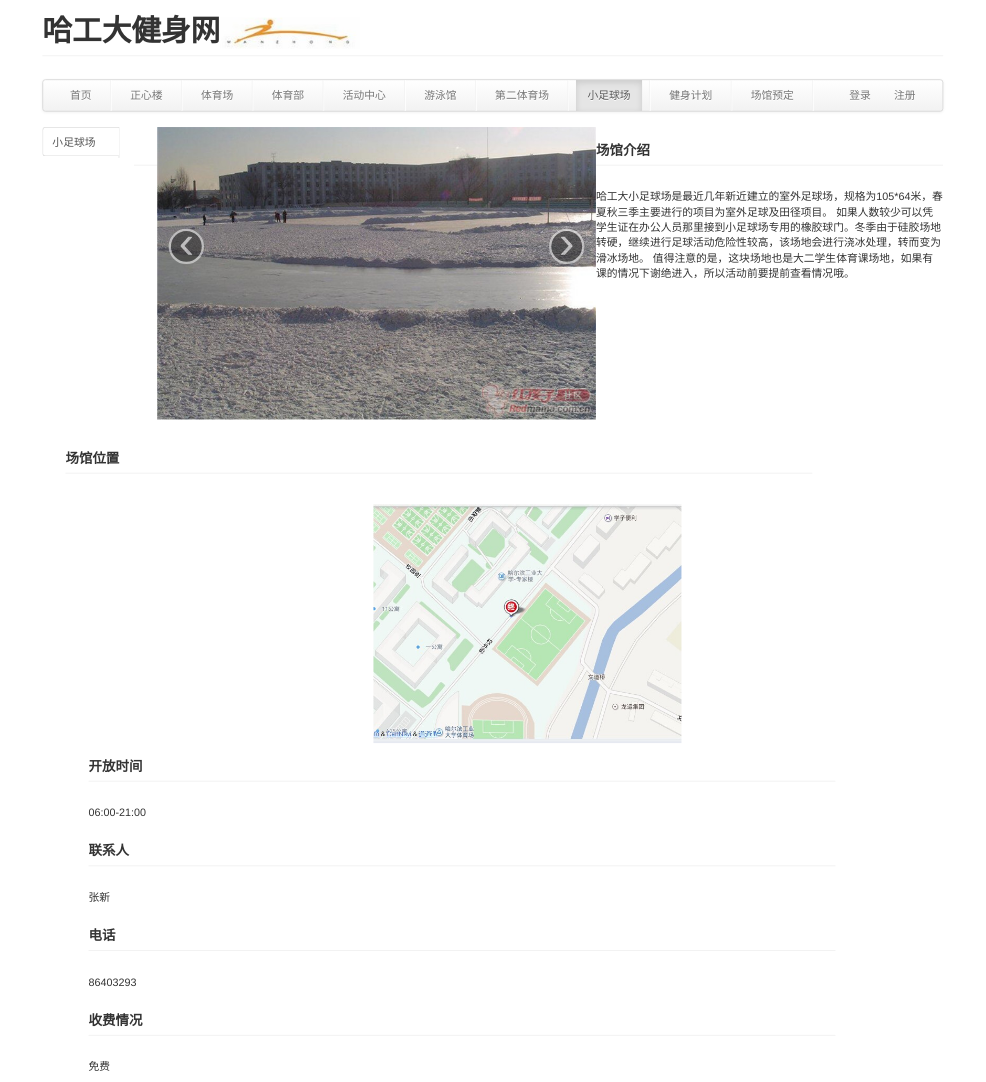
Repository: hitDeveloper/fitness
Page: http://localhost/project/xiaozuqiuchang.jsp
An editor plug-in stored every save of this project. The page is shown before and after the next save, followed by the edit.
The browser window is 1280 px wide. The pictures show the whole page, at 77% of full size.
The page is served by Tomcat 9. Nobody is signed in. The application's start-up code is not run.

Above is the page before, as saved 2014-11-14 12:19:14.

After the next save:
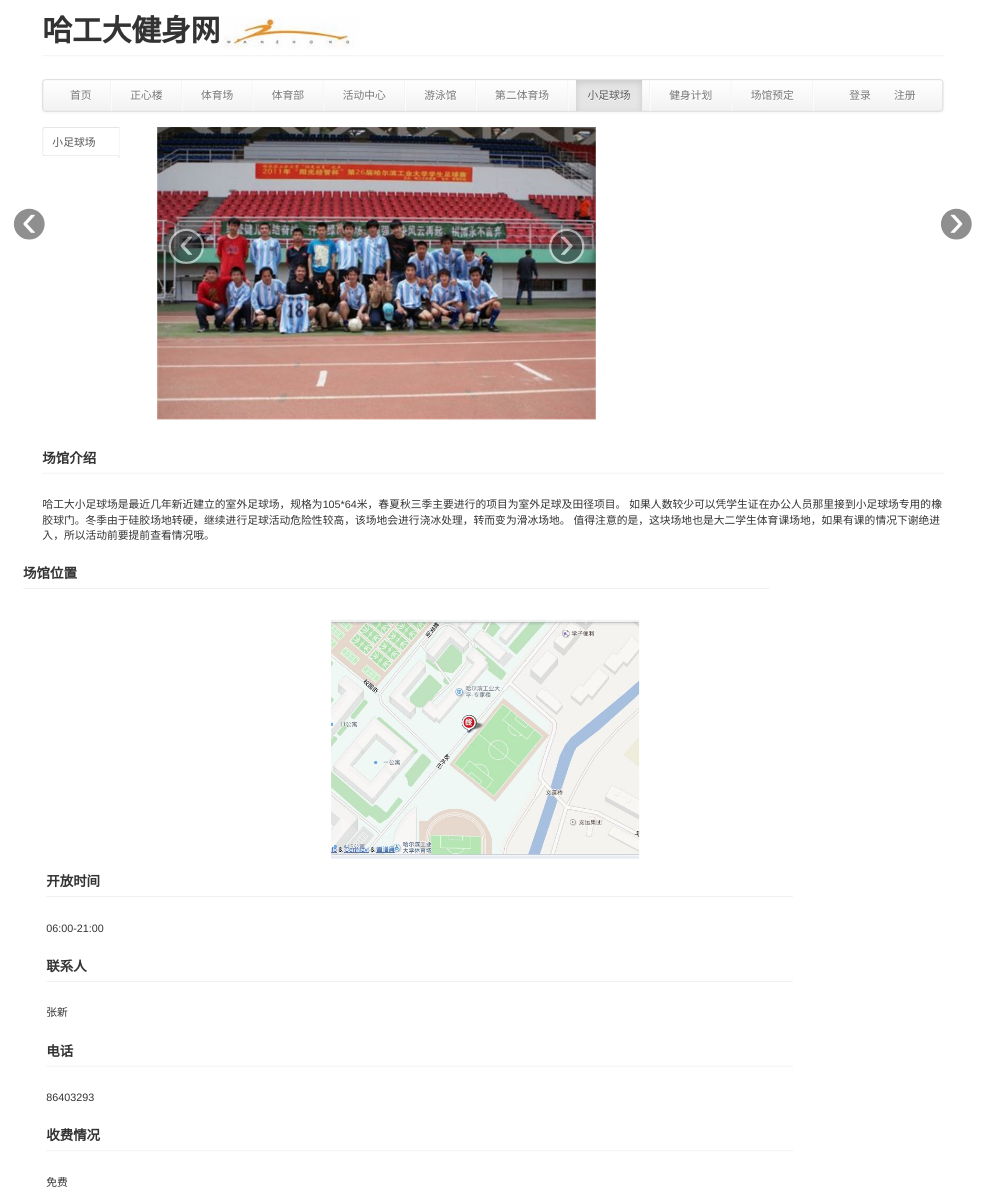
Saved 88 s later.
--- a/Project/project/WebRoot/xiaozuqiuchang.jsp
+++ b/Project/project/WebRoot/xiaozuqiuchang.jsp
@@ -50,16 +50,23 @@
 <div class="tab-content">
 <div class="tab-pane active" id="tiyuchang">
 <div class="span6">
-<div class="carousel slide" id="caro">
+<div class="carousel slide" id="carousel1">
 <div class="carousel-inner">
-<div class="item">
-<img src="image/gym/xiaozuqiuchang/731dbe25tdd20461e8051&690.jpg" alt="">
+<div class="item active">
+<img src="image/gym/tiyuchang/663649004.jpg" alt="">
 </div>
 <div class="item">
-<img src="image/gym/xiaozuqiuchang/2.jpg" alt="">
+<img src="image/gym/tiyuchang/20096181162573566.jpg" alt="">
 </div>
-<div class="item active">
-<img src="image/gym/xiaozuqiuchang/2.jpg" alt="">
+<div class="item">
+<img src="image/gym/tiyuchang/cg(1).jpg" alt="">
+</div>
+<div class="item">
+<img src="image/gym/tiyuchang/20070924092256.jpg" alt="">
+</div>
+</div>
+<a href="#carousel1" data-slide="prev" class="left carousel-control">&lsaquo;</a>
+<a href="#carousel1" data-slide="next" class="right carousel-control">&rsaquo;</a>
 </div>
 </div>
 <a href="#caro" data-slide="prev" class="left carousel-control">&lsaquo;</a>

After the save that followed:
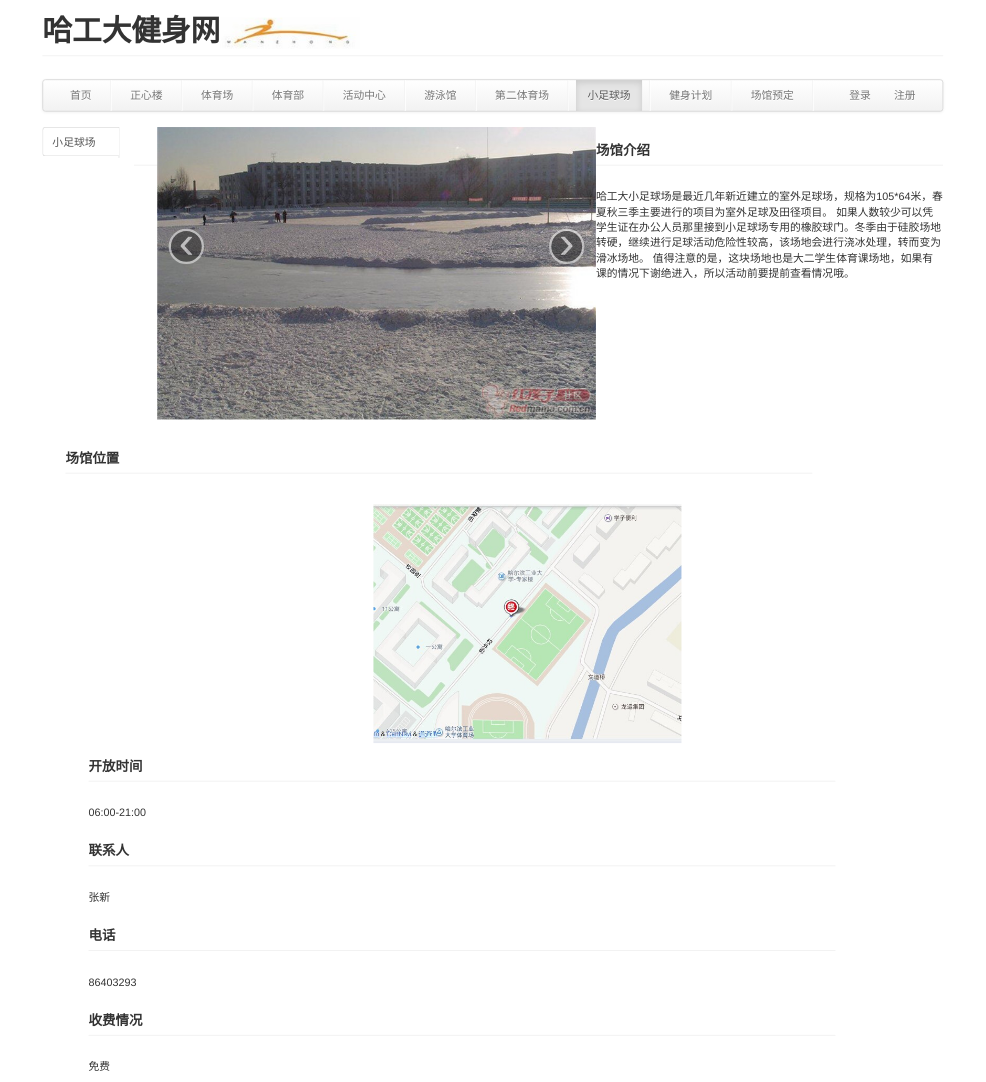
Saved 22 s later.
--- a/Project/project/WebRoot/xiaozuqiuchang.jsp
+++ b/Project/project/WebRoot/xiaozuqiuchang.jsp
@@ -50,23 +50,16 @@
 <div class="tab-content">
 <div class="tab-pane active" id="tiyuchang">
 <div class="span6">
-<div class="carousel slide" id="carousel1">
+<div class="carousel slide" id="caro">
 <div class="carousel-inner">
-<div class="item active">
-<img src="image/gym/tiyuchang/663649004.jpg" alt="">
+<div class="item">
+<img src="image/gym/xiaozuqiuchang/731dbe25tdd20461e8051&690.jpg" alt="">
 </div>
 <div class="item">
-<img src="image/gym/tiyuchang/20096181162573566.jpg" alt="">
+<img src="image/gym/xiaozuqiuchang/2.jpg" alt="">
 </div>
-<div class="item">
-<img src="image/gym/tiyuchang/cg(1).jpg" alt="">
-</div>
-<div class="item">
-<img src="image/gym/tiyuchang/20070924092256.jpg" alt="">
-</div>
-</div>
-<a href="#carousel1" data-slide="prev" class="left carousel-control">&lsaquo;</a>
-<a href="#carousel1" data-slide="next" class="right carousel-control">&rsaquo;</a>
+<div class="item active">
+<img src="image/gym/xiaozuqiuchang/2.jpg" alt="">
 </div>
 </div>
 <a href="#caro" data-slide="prev" class="left carousel-control">&lsaquo;</a>
